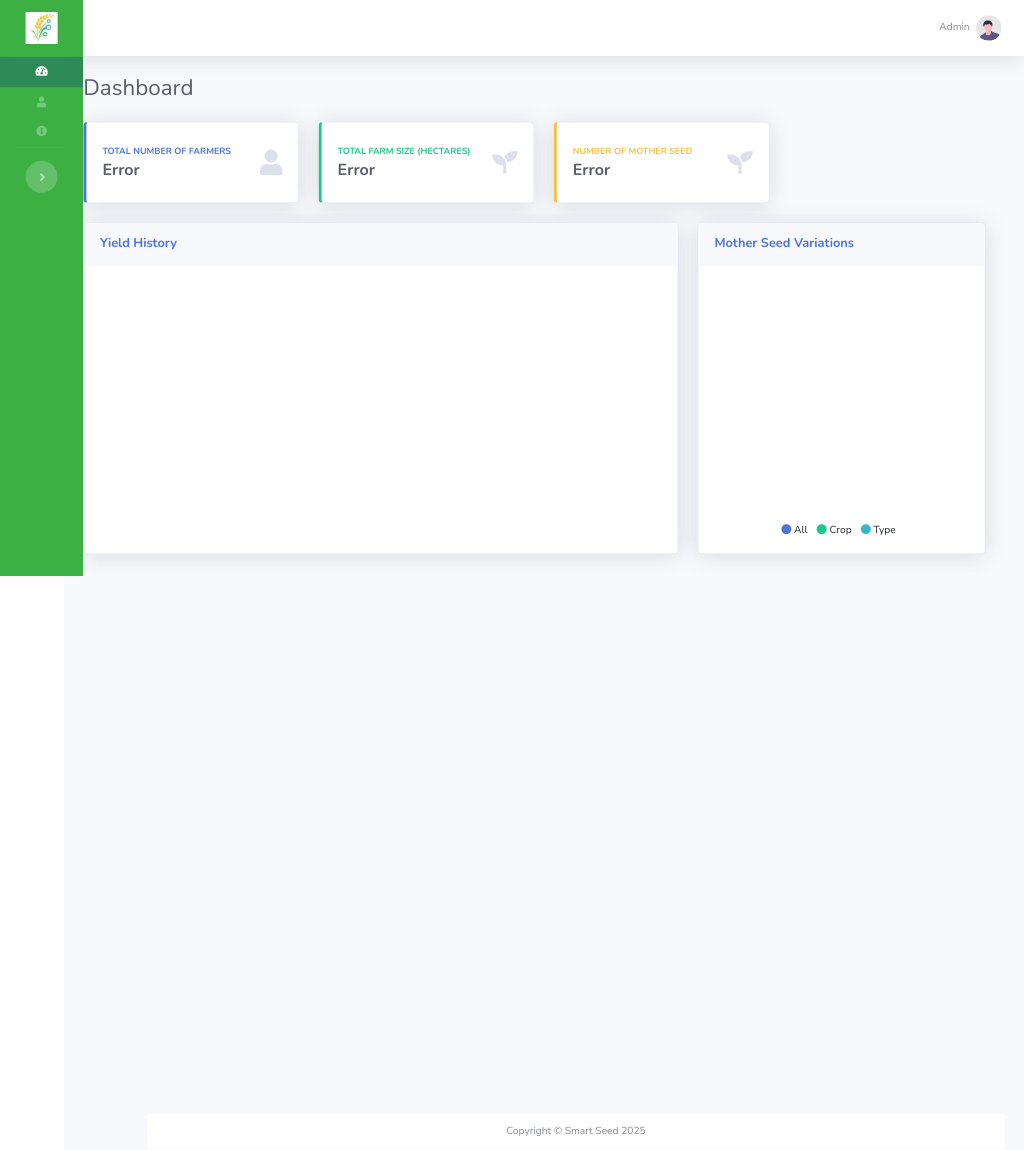
Repository: IFoundGeorge/Smart-Seed-v8-master
Page: src/guest/index.html
These files come from the project's save history. The page is drawn as it stood at one moment and after the next save; the edit follows.
The browser window is 1280 px wide. The pictures show the whole page, at 80% of full size.
After loading, the first visible `#sidebarToggle` was clicked once.
The page's requests for data from a server got no answer. Some web libraries are served in a nearby version.

Above is the page before, as saved 2025-03-19 03:17:57.

After the next save:
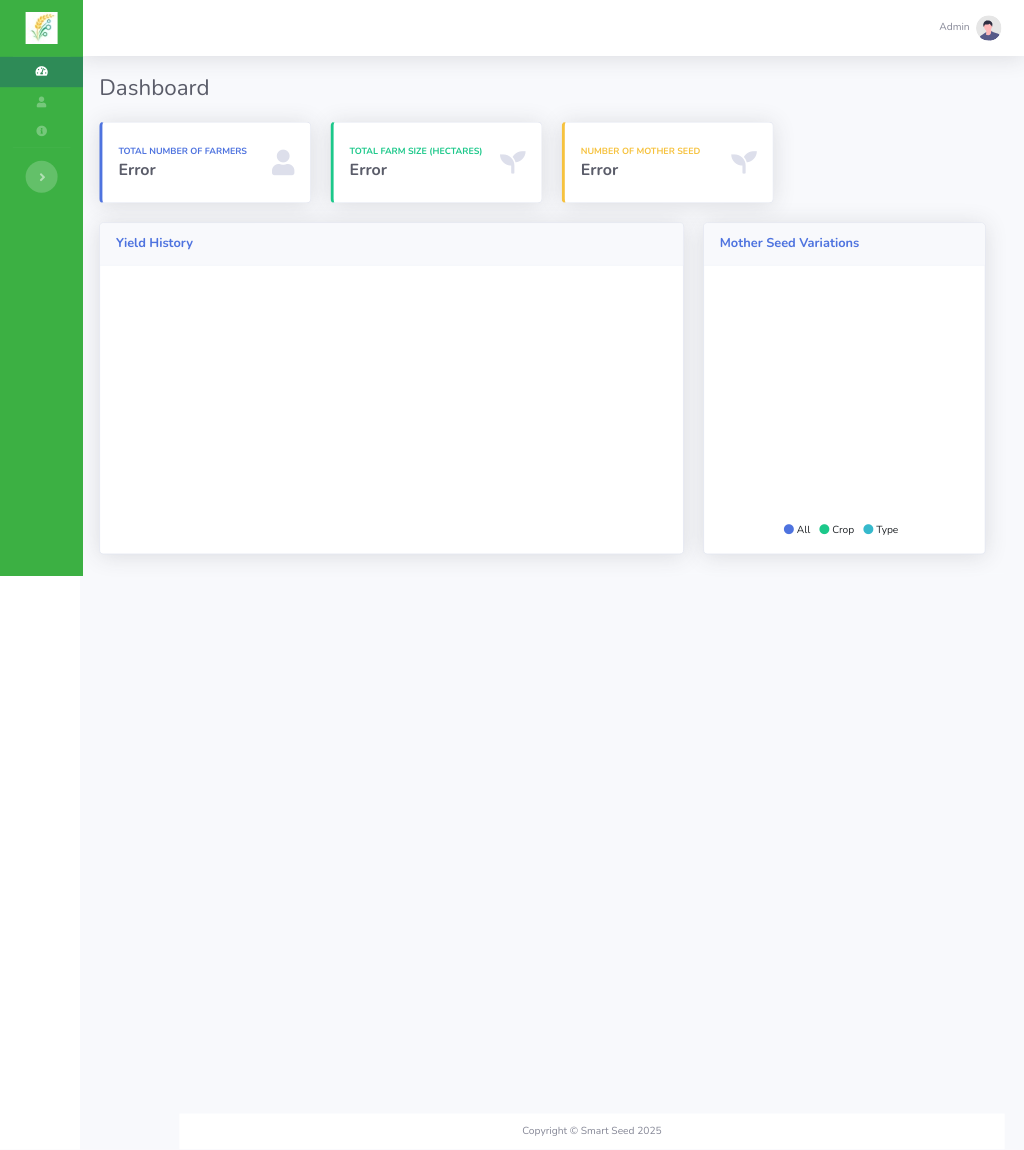
Saved 2 min 16 s later.
--- a/src/guest/index.html
+++ b/src/guest/index.html
@@ -117,7 +117,7 @@
     <style>
         /* Adjust content wrapper margin when the sidebar is toggled */
         body.sidebar-toggled #content-wrapper {
-            margin-left: 80px; /* Adjust this value to match the collapsed sidebar width */
+            margin-left: 100px; /* Adjust this value to match the collapsed sidebar width + margin */
             transition: margin-left 0.3s ease; /* Smooth transition */
         }
 
@@ -136,6 +136,12 @@
         body.sidebar-toggled .sidebar .nav-item .nav-link {
             text-align: center;
             padding: 0.75rem 0;
+        }
+
+        /* Add margin to the content for better spacing */
+        #content-wrapper {
+            margin-left: 250px; /* Default margin when the sidebar is expanded */
+            transition: margin-left 0.3s ease; /* Smooth transition */
         }
     </style>
 </head>
